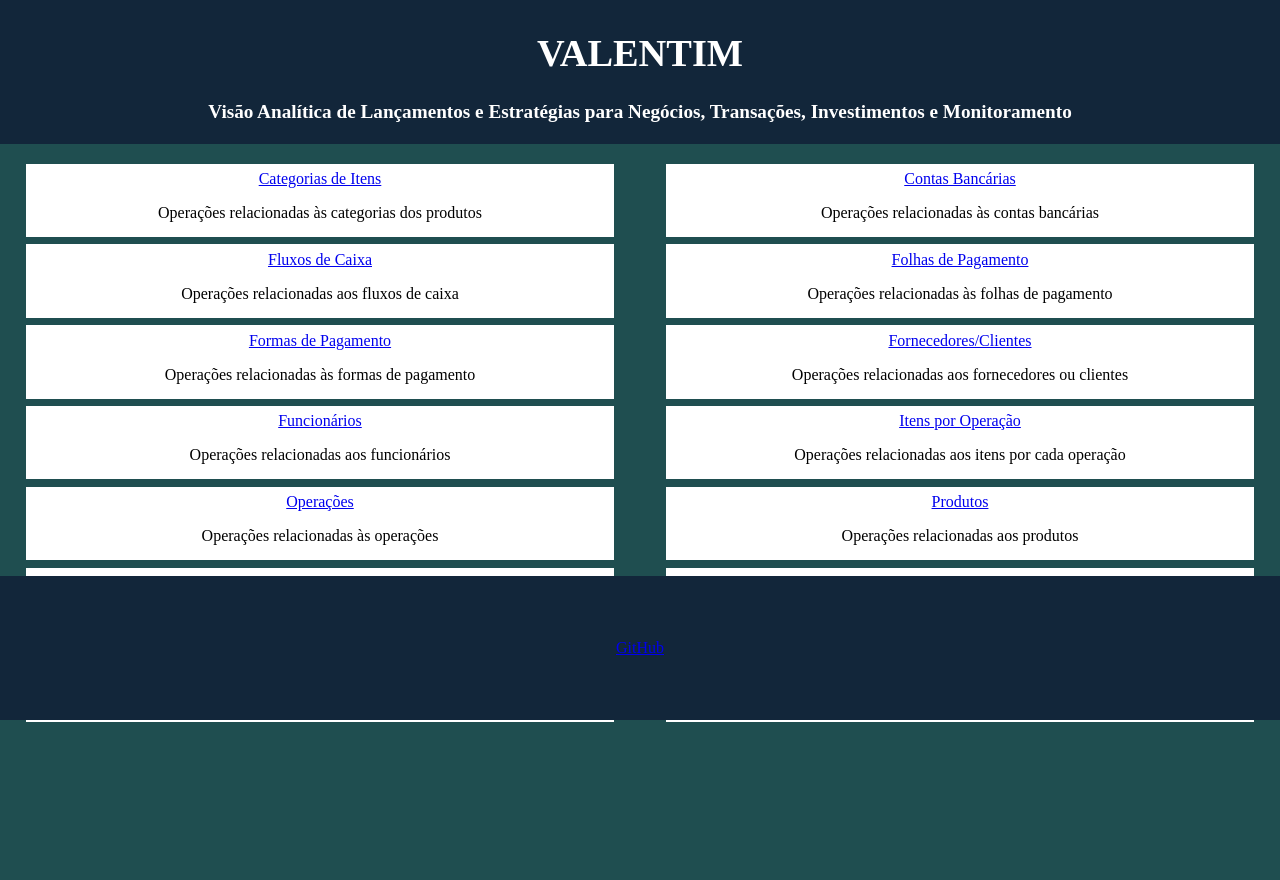
Repository: Matheus-Lacerda009/ERP-Financeiro
Page: Front/menu/menu.html
The author's editor kept a copy of each file at every save. The page is drawn from the files as they stood at one save, then again after the next save.
The browser window is 1280 px wide. The pictures show the whole page.

Above is the page before, as saved 2026-07-13 18:58:17.

### Front/menu/menu.html
<!DOCTYPE html>
<html lang="en">
<head>
    <meta charset="UTF-8">
    <meta name="viewport" content="wclassth=device-wclassth, initial-scale=1.0">
    <link rel="stylesheet" href="menu.css">
    <title>Document</title>
</head>
<body>
    <header>
        <h1>VALENTIM</h1>
        <h2>Visão Analítica de Lançamentos e Estratégias para Negócios, Transações, Investimentos e Monitoramento</h2>
    </header>
    <main>
        <div id="espaço"></div>
        <div class="container">
            <div class="divEntidades">
                <a href="../categoria_item/categoria_item.html">Categorias de Itens</a>
                <p>Operações relacionadas às categorias dos produtos</p>
            </div>
            <div class="divEntidades">
                <a href="../conta_bancaria/conta_bancaria.html">Contas Bancárias</a>
                <p>Operações relacionadas às contas bancárias</p>
            </div>
            <div class="divEntidades">
                <a href="../fluxo_caixa/fluxo_caixa.html">Fluxos de Caixa</a>
                <p>Operações relacionadas aos fluxos de caixa</p>
            </div>
            <div class="divEntidades">
                <a href="../folha_pagamento/folha_pagamento.html">Folhas de Pagamento</a>
                <p>Operações relacionadas às folhas de pagamento</p>
            </div>
            <div class="divEntidades">
                <a href="../forma_pagamento/forma_pagamento.html">Formas de Pagamento</a>
                <p>Operações relacionadas às formas de pagamento</p>
            </div>
            <div class="divEntidades">
                <a href="../fornecedor_cliente/fornecedor_cliente.html">Fornecedores/Clientes</a>
                <p>Operações relacionadas aos fornecedores ou clientes</p>
            </div>
            <div class="divEntidades">
                <a href="../funcionario/funcionario.html">Funcionários</a>
                <p>Operações relacionadas aos funcionários</p>
            </div>
            <div class="divEntidades">
                <a href="../itens_operacao/itens_operacao.html">Itens por Operação</a>
                <p>Operações relacionadas aos itens por cada operação</p>
            </div>
            <div class="divEntidades">
                <a href="../operacao/operacao.html">Operações</a>
                <p>Operações relacionadas às operações</p>
            </div>
            <div class="divEntidades">
                <a href="../produtos/produtos.html">Produtos</a>
                <p>Operações relacionadas aos produtos</p>
            </div>
            <div class="divEntidades">
                <a href="../saldoAtual/saldoAtual.html">Saldo Atual</a>
                <p>Operações relacionadas ao saldo atual</p>
            </div>
            <div class="divEntidades">
                <a href="../valor_pVenda/valor_pVenda.html">Valores por operação</a>
                <p>Operações relacionadas aos valores por cada operação</p>
            </div>
            <div class="divEntidades">
                <a href="../valor_salario/valor_salario.html">Salários</a>
                <p>Operações relacionadas aos salários</p>
            </div>
            <div class="divEntidades">
                <a href="../notaFiscal/nota_fiscal.html">Notas Fiscais</a>
                <p>Operações relacionadas às notas fiscais</p>
            </div>
        </div>
    </main>
    <footer>
        <a href="https://github.com/Matheus-Lacerda009/ERP-Financeiro.git">GitHub</a>
    </footer>
</body>
</html>

### Front/menu/menu.css
header{
    position: fixed;
    top: 0;
    left: 0;
    width: 100%;
    height: 20%;
    background-color: #12263A;
    z-index: 1;
    text-align: center;
    align-content: center;
}

footer{
    position: fixed;
    bottom: 0;
    left: 0;
    width: 100%;
    height: 20%;
    background-color: #12263A;
    text-align: center;
    align-content: center;
}

#github{
    color: white;
    font-size: 200%;
}

header, h1{
    font-size: 300%;
    color: white;
    font-size: 3vw;
}

header, h2{
    color: white;
    font-size: 1.5vw;
}

body{
    margin: 0;
    padding: 0;
    background-color: #1f4e50;
}

.container{
    margin-top: 12.5%;
    height: 100vh;
    width: 100%;
    box-sizing: border-box;
    display: grid;
    grid-template-columns: repeat(2, 7fr);
    align-content: start;
}

.divEntidades{
    height: 75%;
    width: 90%;
    background-color: white;
    text-align: center;
    padding: 1%;
    margin: auto;
}

After the next save:
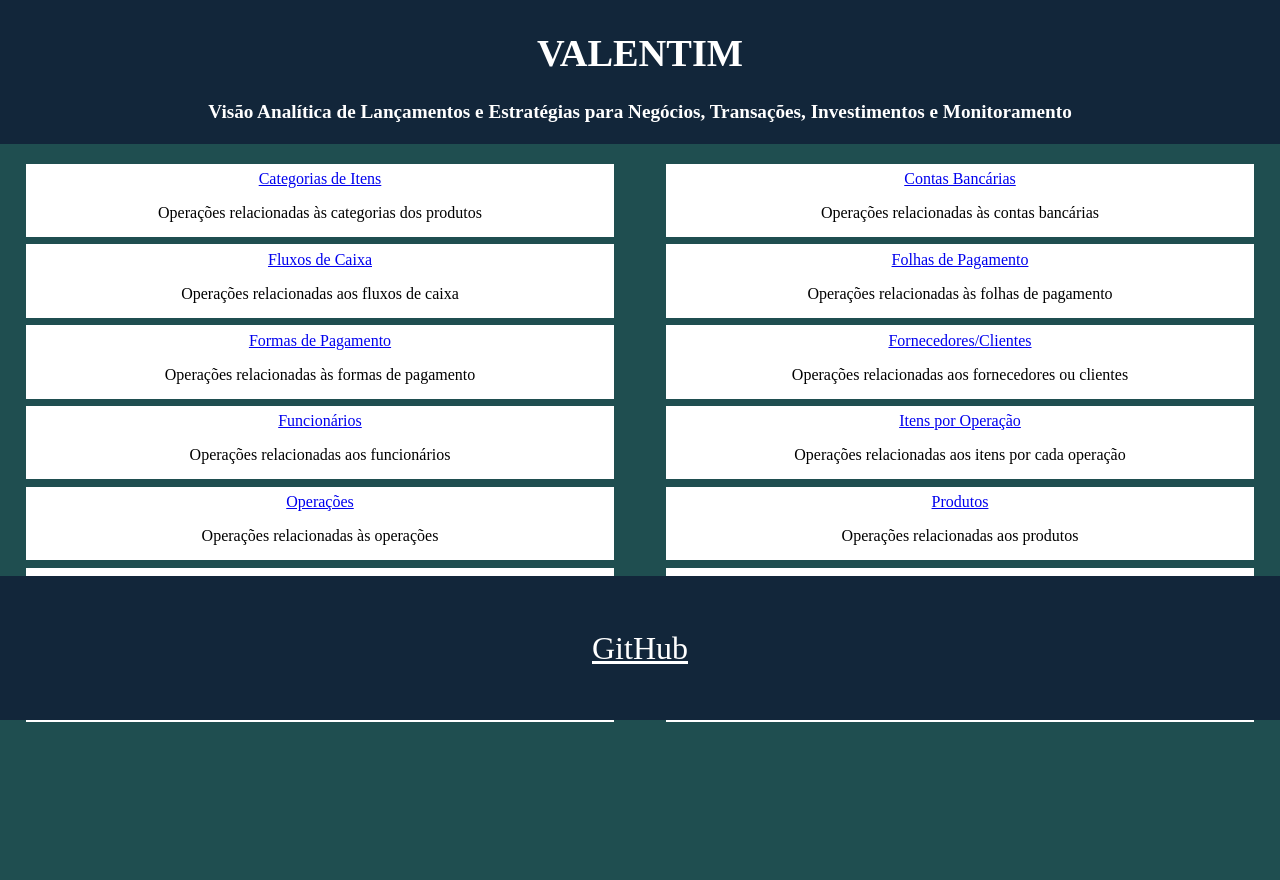
Saved 10 s later.
--- a/Front/menu/menu.html
+++ b/Front/menu/menu.html
@@ -73,7 +73,7 @@
         </div>
     </main>
     <footer>
-        <a href="https://github.com/Matheus-Lacerda009/ERP-Financeiro.git">GitHub</a>
+        <a href="https://github.com/Matheus-Lacerda009/ERP-Financeiro.git" id="github">GitHub</a>
     </footer>
 </body>
 </html>
